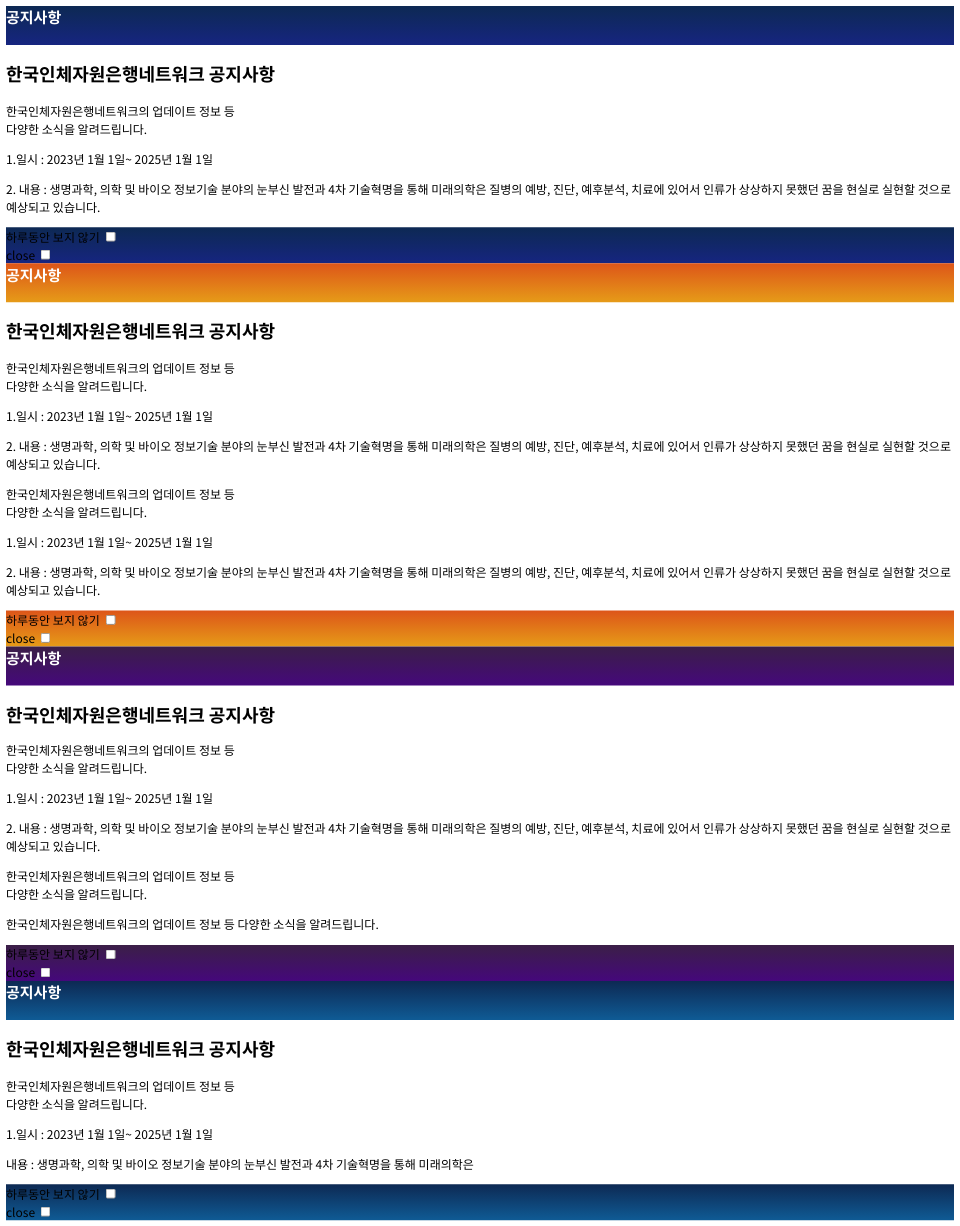
Repository: dlgywls1130/common_popup
Page: img/index.html
These files come from the project's save history. The page is drawn as it stood at one moment and after the next save; the edit follows.
The browser window is 1280 px wide. The pictures show the whole page, at 75% of full size.

Above is the page before, as saved 2023-10-25 23:43:45.

### img/index.html
<!DOCTYPE html>
<html lang="en">
<head>
    <meta charset="UTF-8">
    <meta name="viewport" content="width=device-width, initial-scale=1.0">
    <title>Document</title>

    <link rel="stylesheet" href="./style.css">
</head>
<body>

    <!-- 첫번째 팝업 -->
    <div class="common_modal blue">
        <div class="common_head ">
            공지사항
        </div>
        <div class="common_body">
            <h2 class="common_body_head">
                한국인체자원은행네트워크 공지사항
            </h2>
            <div class="common_body_span">
                한국인체자원은행네트워크의 업데이트 정보 등
                <br>다양한 소식을 알려드립니다.
            </div>
            <div class="common_body_descript">
                <p>1.일시 : 2023년 1월 1일~ 2025년 1월 1일</p>
                <p>2. 내용 : 생명과학, 의학 및 바이오 정보기술 분야의 눈부신
                발전과 4차 기술혁명을 통해 미래의학은 질병의 예방, 진단,
                예후분석, 치료에 있어서 인류가 상상하지 못했던 꿈을 현실로
                실현할 것으로 예상되고 있습니다.</p>
            </div>
        </div>
        <div class="common_footer">
            <div class="day_off">
                <label for="all-none">하루동안 보지 않기</label>
                <input id="all-none" type="checkbox">
            </div>
            <div class="day_off">
                <label for="closechk">close</label>
                <input id="closechk" type="checkbox">
            </div>
        </div>
    </div>

    <!-- 두번째 팝업 -->
    <div class="common_modal orange">
        <div class="common_head">
            공지사항
        </div>
        <div class="common_body">
            <h2 class="common_body_head">
                한국인체자원은행네트워크 공지사항
            </h2>
            <div class="common_body_span">
                한국인체자원은행네트워크의 업데이트 정보 등
                <br>다양한 소식을 알려드립니다.
            </div>
            <div class="common_body_descript">
                <p>1.일시 : 2023년 1월 1일~ 2025년 1월 1일</p>
                <p>2. 내용 : 생명과학, 의학 및 바이오 정보기술 분야의 눈부신
                발전과 4차 기술혁명을 통해 미래의학은 질병의 예방, 진단,
                예후분석, 치료에 있어서 인류가 상상하지 못했던 꿈을 현실로
                실현할 것으로 예상되고 있습니다.</p>
            </div>
            <div class="common_body_span">
                한국인체자원은행네트워크의 업데이트 정보 등
                <br>다양한 소식을 알려드립니다.
            </div>
            <div class="common_body_descript">
                <p>1.일시 : 2023년 1월 1일~ 2025년 1월 1일</p>
                <p>2. 내용 : 생명과학, 의학 및 바이오 정보기술 분야의 눈부신
                발전과 4차 기술혁명을 통해 미래의학은 질병의 예방, 진단,
                예후분석, 치료에 있어서 인류가 상상하지 못했던 꿈을 현실로
                실현할 것으로 예상되고 있습니다.</p>
            </div>
        </div>
        <div class="common_footer">
            <div class="day_off">
                <label for="all-none">하루동안 보지 않기</label>
                <input id="all-none" type="checkbox">
            </div>
            <div class="day_off">
                <label for="closechk">close</label>
                <input id="closechk" type="checkbox">
            </div>
        </div>
    </div>

    <!-- 세번째팝업 -->
    <div class="common_modal purple">
        <div class="common_head">
            공지사항
        </div>
        <div class="common_body">
            <h2 class="common_body_head">
                한국인체자원은행네트워크 공지사항
            </h2>
            <div class="common_body_span">
                한국인체자원은행네트워크의 업데이트 정보 등
                <br>다양한 소식을 알려드립니다.
            </div>
            <div class="common_body_descript">
                <p>1.일시 : 2023년 1월 1일~ 2025년 1월 1일</p>
                <p>2. 내용 : 생명과학, 의학 및 바이오 정보기술 분야의 눈부신
                발전과 4차 기술혁명을 통해 미래의학은 질병의 예방, 진단,
                예후분석, 치료에 있어서 인류가 상상하지 못했던 꿈을 현실로
                실현할 것으로 예상되고 있습니다.</p>
            </div>
            <div class="common_body_span">
                한국인체자원은행네트워크의 업데이트 정보 등
                <br>다양한 소식을 알려드립니다.
            </div>
            <p>한국인체자원은행네트워크의 업데이트 정보 등 다양한 소식을
                알려드립니다.</p>
        </div>
        <div class="common_footer">
            <div class="day_off">
                <label for="all-none">하루동안 보지 않기</label>
                <input id="all-none" type="checkbox">
            </div>
            <div class="day_off">
                <label for="closechk">close</label>
                <input id="closechk" type="checkbox">
            </div>
        </div>
    </div>

    <!-- 네번째 팝업 -->
    <div class="common_modal sky">
        <div class="common_head">
            공지사항
        </div>
        <div class="common_body">
            <h2 class="common_body_head">
                한국인체자원은행네트워크 공지사항
            </h2>
            <div class="common_body_span">
                한국인체자원은행네트워크의 업데이트 정보 등
                <br>다양한 소식을 알려드립니다.
            </div>
            <div class="common_body_descript">
                <p>1.일시 : 2023년 1월 1일~ 2025년 1월 1일</p>
                <p>내용 : 생명과학, 의학 및 바이오 정보기술 분야의
                    눈부신 발전과 4차 기술혁명을 통해 미래의학은</p>
            </div>
        </div>
        <div class="common_footer">
            <div class="day_off">
                <label for="all-none">하루동안 보지 않기</label>
                <input id="all-none" type="checkbox">
            </div>
            <div class="day_off">
                <label for="closechk">close</label>
                <input id="closechk" type="checkbox">
            </div>
        </div>
    </div>
</body>

<script src="main.js"></script>
</html>

### img/style.css


@import url('https://fonts.googleapis.com/css2?family=Noto+Sans+KR:wght@300;400;500;700&display=swap');

/* common modal */

.common_modal{
    font-family: 'Noto Sans KR', sans-serif;
}

.common_modal .common_head{
    height: 52px;
    color: #fff;
    width: 100%;
    text-align: left;
    font-size: 20px;
    font-weight: 700;
}

.common_modal.blue .common_head,
.common_modal.blue .common_footer
{
    background: linear-gradient(180deg, rgba(13,41,83,1) 0%, rgba(22,37,128,1) 100%);
}

.common_modal.orange .common_head,
.common_modal.orange .common_footer
{
    background: linear-gradient(180deg, rgba(221,85,25,1) 0%, rgba(230,155,24,1) 100%);
}

.common_modal.purple .common_head,
.common_modal.purple .common_footer
{
    background: linear-gradient(180deg, rgba(59,31,71,1) 0%, rgba(69,8,123,1) 100%);
}

.common_modal.sky .common_head,
.common_modal.sky .common_footer
{
    background: linear-gradient(180deg, rgba(13,41,83,1) 0%, rgba(15,91,149,1) 100%);
}

Loaded but not shown: main.js (no copy from this time; the picture is the same without it)

After the next save:
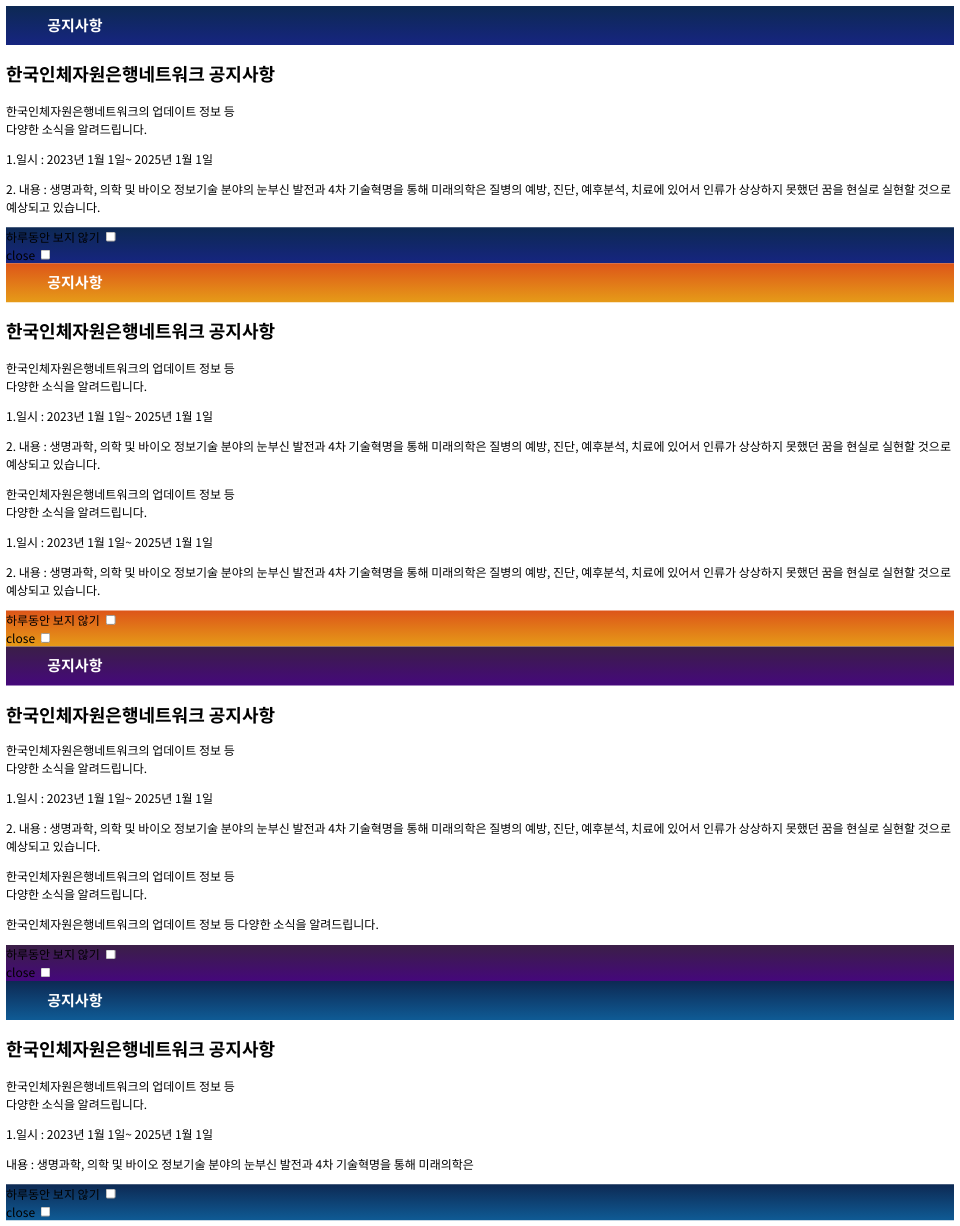
Saved 76 s later.
--- a/img/style.css
+++ b/img/style.css
@@ -15,6 +15,8 @@
     text-align: left;
     font-size: 20px;
     font-weight: 700;
+    padding: 10px 55px;
+    box-sizing: border-box;
 }
 
 .common_modal.blue .common_head,
